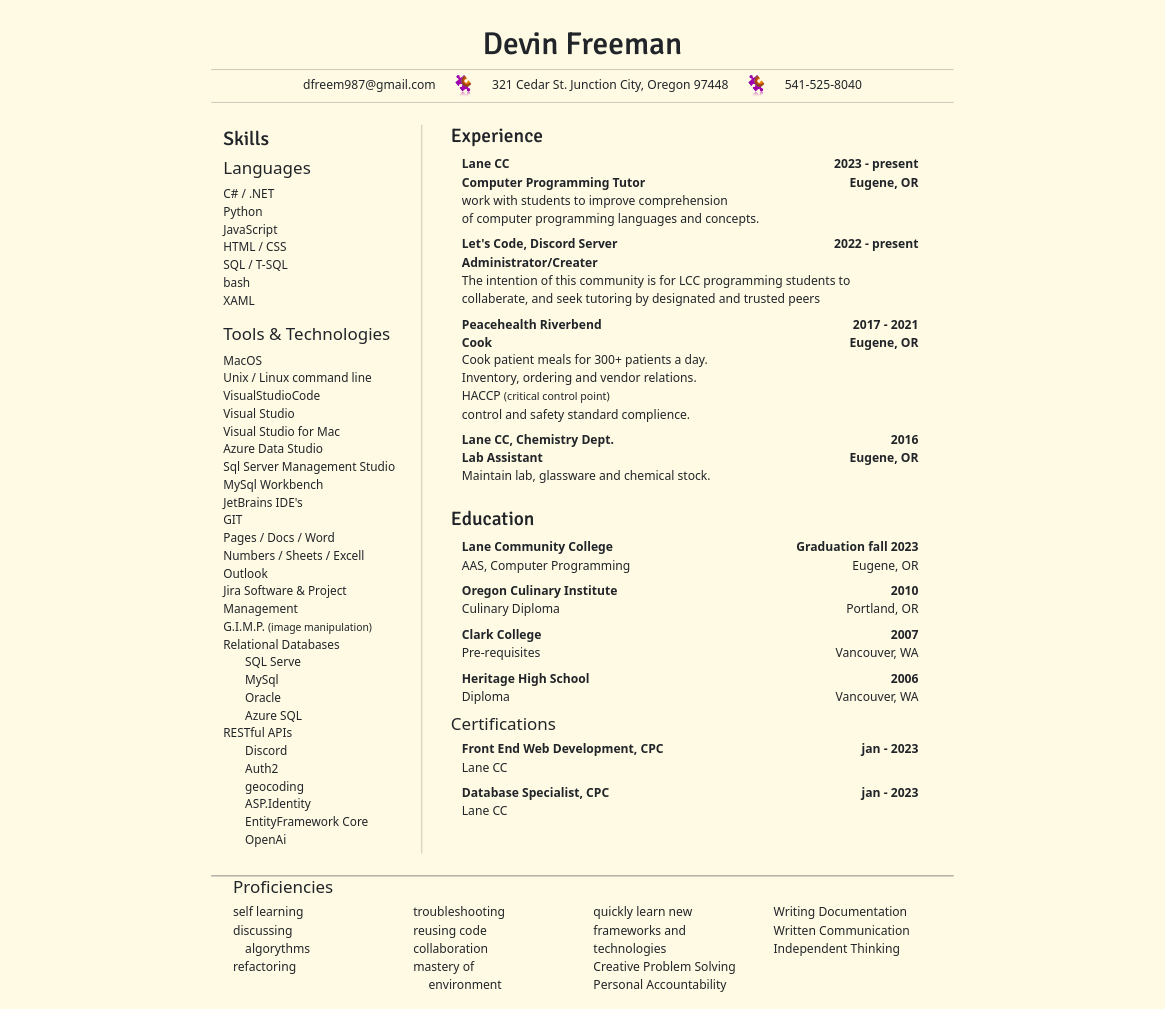
Repository: Dfreem/Resume
Page: index.html
These files come from the project's save history. The page is drawn as it stood at one moment and after the next save; the edit follows.
The browser window is 1280 px wide. The pictures show the whole page, at 91% of full size.

Above is the page before, as saved 2023-02-13 13:51:40.

After the next save:
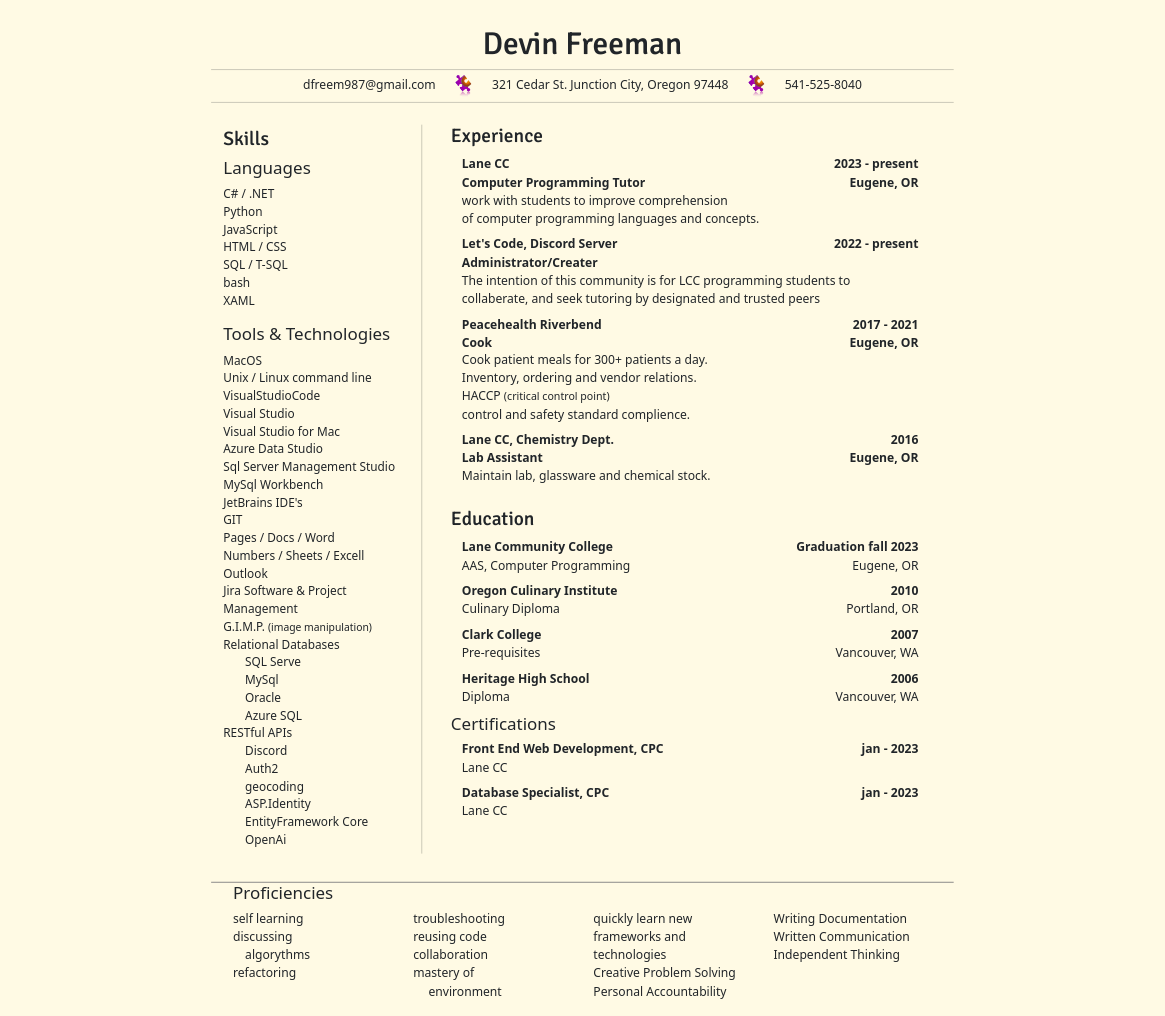
Saved 37 s later.
--- a/resume.css
+++ b/resume.css
@@ -77,7 +77,7 @@
 .profs {
     position:relative;
     margin-inline: auto;
-    margin-top:0;
+    margin-top:.5em;
     border-top: 1px solid grey;
     height: fit-content;
     /* outline: 1px solid grey; */

After the save that followed:
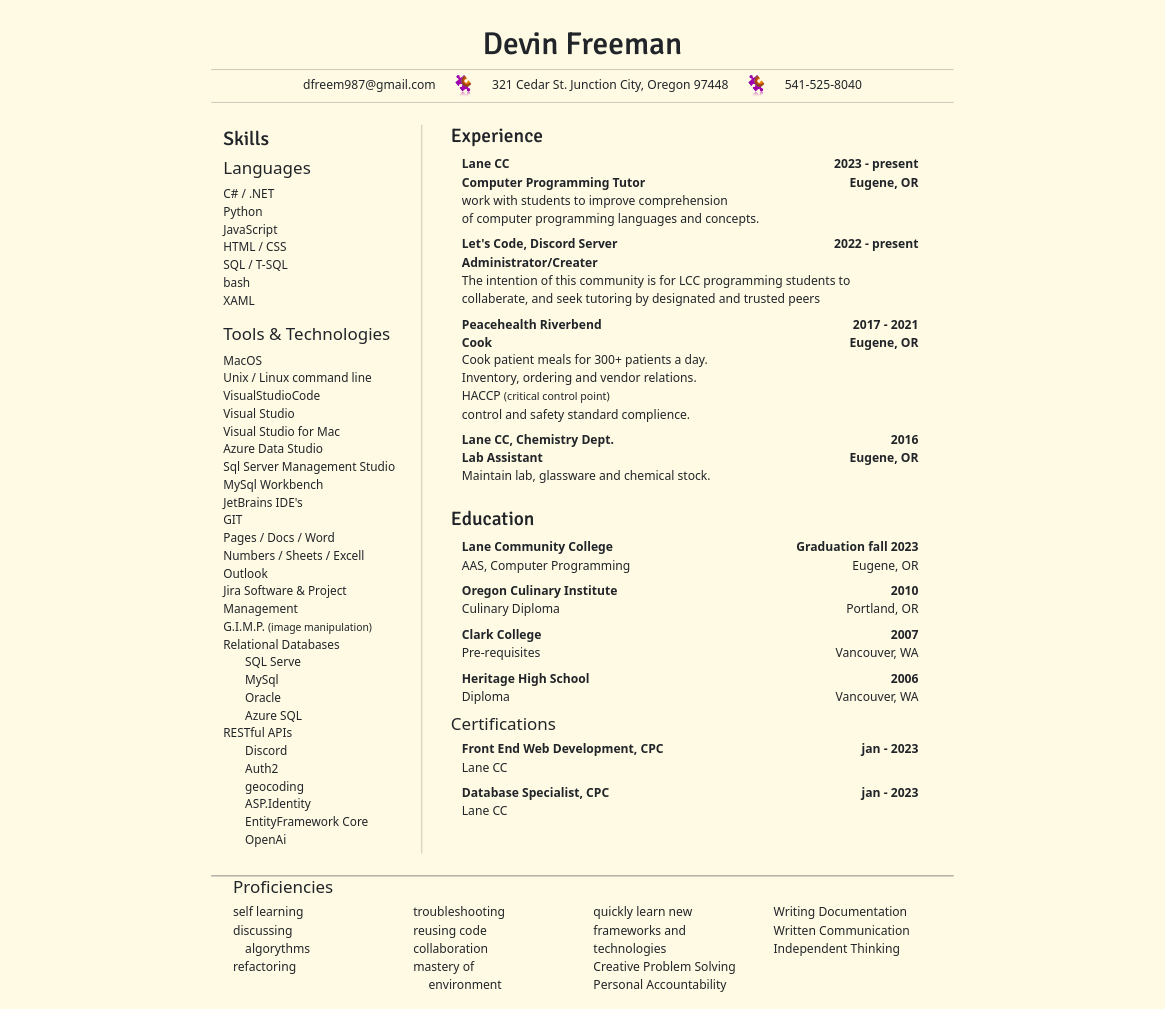
Saved 23 s later.
--- a/resume.css
+++ b/resume.css
@@ -77,7 +77,7 @@
 .profs {
     position:relative;
     margin-inline: auto;
-    margin-top:.5em;
+    box-sizing: border-box;
     border-top: 1px solid grey;
     height: fit-content;
     /* outline: 1px solid grey; */
